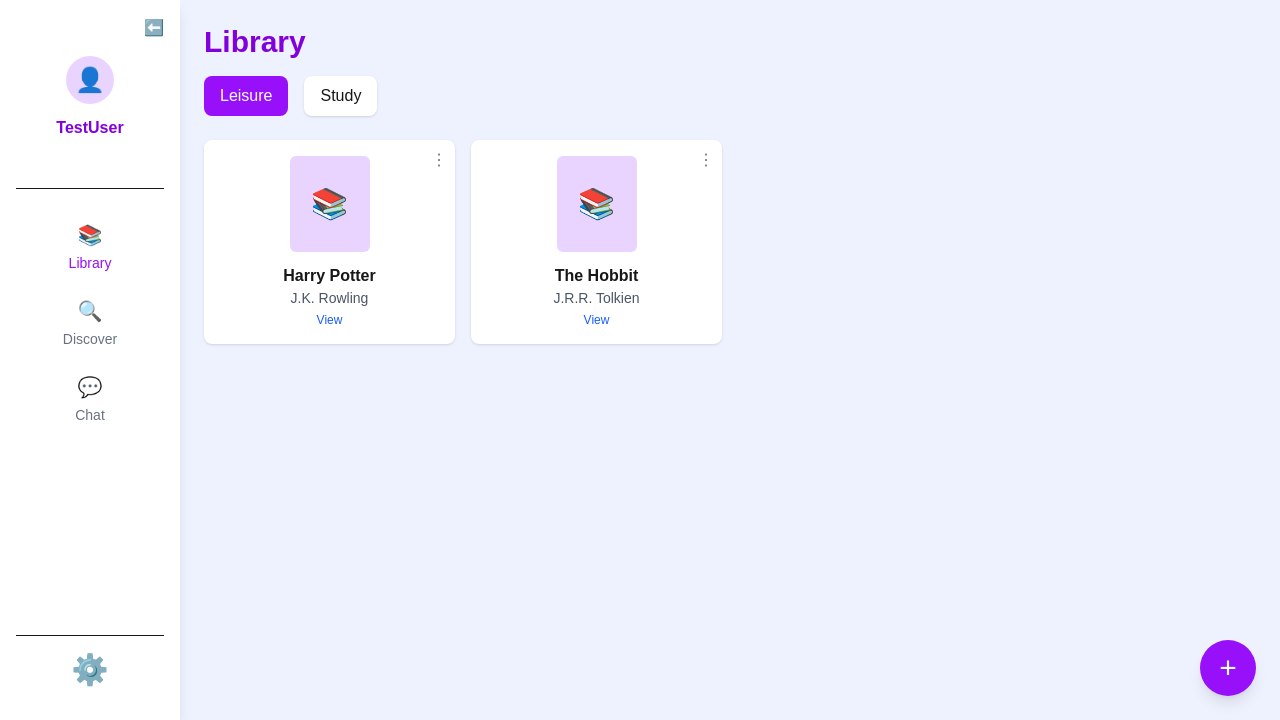
Repository: ramosfranz/bookie
Page: /dashboard
An editor plug-in stored every save of this project. The page is shown before and after the next save, followed by the edit.
The browser window is 1280 px wide. The pictures show the whole page.
The project was rebuilt for these pictures with package versions that can differ from the ones it lists, and the page was loaded fresh each time. The framework's server and built-in components were replaced by stand-ins that run in the browser. Also part of the build but not shown: next.config.ts.

Above is the page before, as saved 2025-11-20 14:29:19.

After the next save:
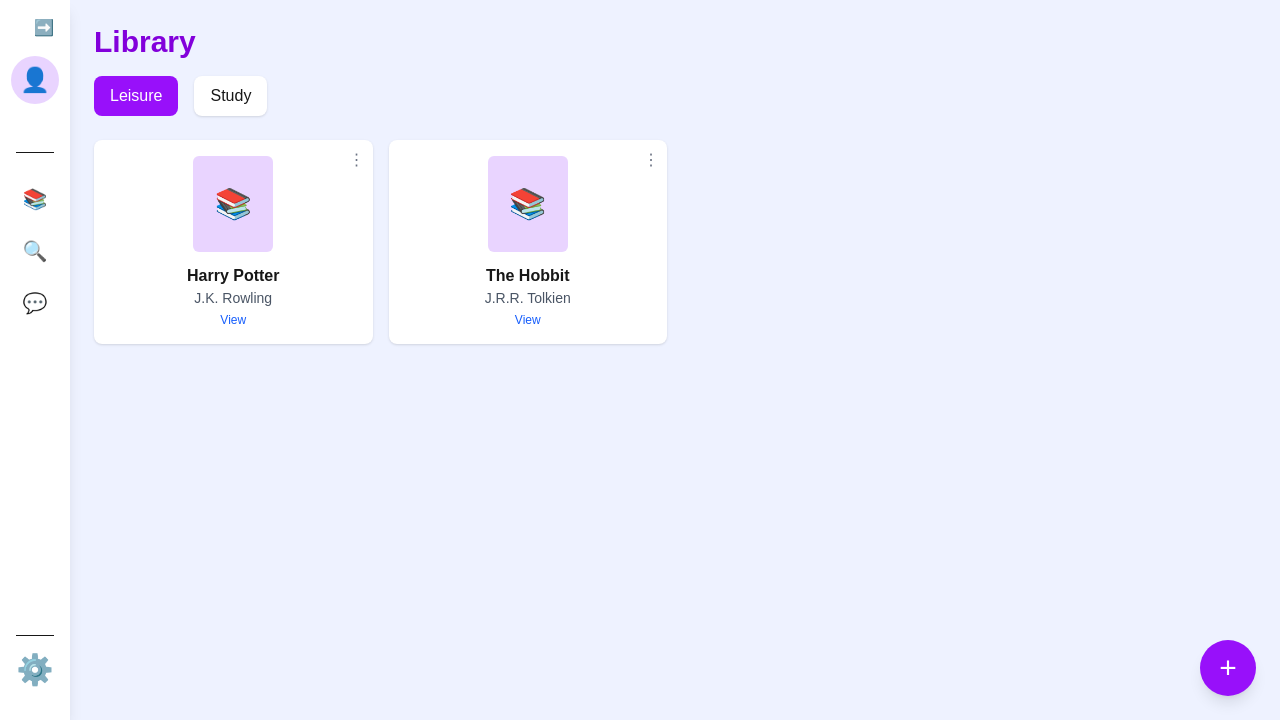
Saved 4 min 31 s later.
--- a/src/app/components/Sidebar.tsx
+++ b/src/app/components/Sidebar.tsx
@@ -4,7 +4,8 @@
 import Link from "next/link";
 
 export default function Sidebar({ activeTab, user }) {
-  const [isCollapsed, setIsCollapsed] = useState(false);
+  const [isCollapsed, setIsCollapsed] = useState(true);
+
 
   return (
     <aside
